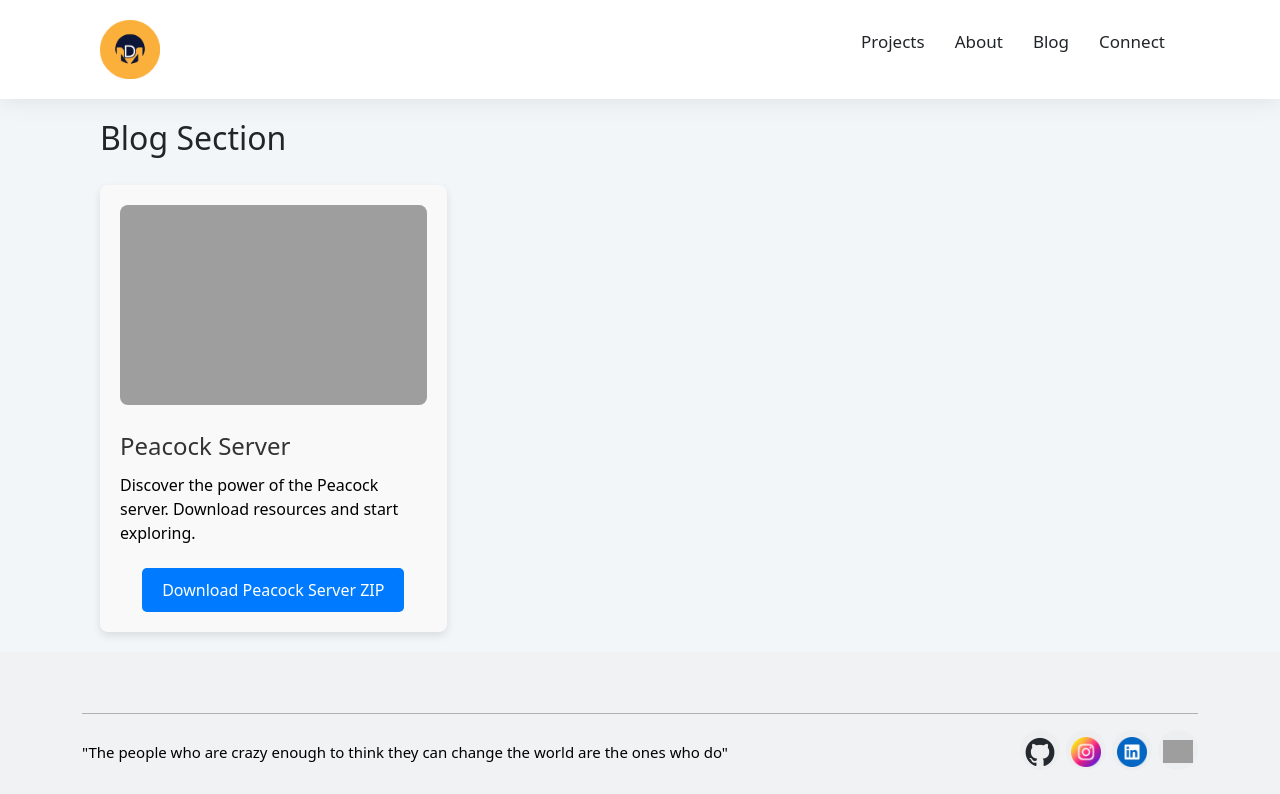
Repository: kaizoku010/firebrand
Page: /blog
An editor plug-in stored every save of this project. The page is shown before and after a run of saves, followed by the edit.
The browser window is 1280 px wide. The pictures show the whole page.
Pictures or frames that could not be fetched are drawn as grey boxes. The project was rebuilt for these pictures with package versions that can differ from the ones it lists, and the page was loaded fresh each time. Also part of the build but not shown: vite.config.js, src/update/homescreen.js, src/update/about.css, src/components/chips.css, src/components/chips.js, src/update/about.js, src/dataPoint/AllProjects.js, src/update/appsPage.js and 2 more.

Above is the page before, as saved 2024-11-11 11:54:47.

### public/index.html
<!DOCTYPE html>
<html lang="en">
  <head>
    <meta charset="utf-8" />
    <link rel="icon" href="%PUBLIC_URL%/logo.ico" />
    <meta name="viewport" content="width=device-width, initial-scale=1" />
    <meta name="theme-color" content="#000000" />
    <meta
      name="description"
      content="Welcome to Firebrand, Home of Dixon Muneza"
    />
    <link rel="apple-touch-icon" href="%PUBLIC_URL%/logo.png" />
    <!--
      manifest.json provides metadata used when your web app is installed on a
      user's mobile device or desktop. See https://developers.google.com/web/fundamentals/web-app-manifest/
    -->
    <link rel="manifest" href="%PUBLIC_URL%/manifest.json" />
    <!--
      Notice the use of %PUBLIC_URL% in the tags above.
      It will be replaced with the URL of the `public` folder during the build.
      Only files inside the `public` folder can be referenced from the HTML.

      Unlike "/favicon.ico" or "favicon.ico", "%PUBLIC_URL%/favicon.ico" will
      work correctly both with client-side routing and a non-root public URL.
      Learn how to configure a non-root public URL by running `npm run build`.
    -->
    <title>Dixon Muneza</title>
    <!-- Global site tag (gtag.js) - Google Analytics -->
<script async src="https://www.googletagmanager.com/gtag/js?id=G-C8GX9VTJ6W"></script>
<script>
  window.dataLayer = window.dataLayer || [];
  function gtag(){dataLayer.push(arguments);}
  gtag('js', new Date());

  gtag('config', 'G-C8GX9VTJ6W');
</script>
  </head>
  <body>
    <noscript>You need to enable JavaScript to run this app.</noscript>
    <div id="root"></div>
    <!--
      This HTML file is a template.
      If you open it directly in the browser, you will see an empty page.

      You can add webfonts, meta tags, or analytics to this file.
      The build step will place the bundled scripts into the <body> tag.

      To begin the development, run `npm start` or `yarn start`.
      To create a production bundle, use `npm run build` or `yarn build`.
    -->
  </body>
</html>

### src/App.js
import React from 'react'
import 'bootstrap/dist/css/bootstrap.css'
import './App.css'
import { BrowserRouter as Router, Routes, Route } from 'react-router-dom'
import Header from './update/header.js'
import HomeScreen from '././update/homescreen.js'
import AboutDixon from '././update/about.js'
import AppPage from './update/appsPage.js'
import Blog from './update/blog.js'
import Footer from '././update/footer.js'
import Connect from './update/connect'


function App () {
  return (
    <Router>
      <div className=''>
      <Header/>
      <Routes>

       <Route path='/' element={<HomeScreen />} />
          <Route path="/apps" element={<AppPage />} />
          <Route path="/about" element={<AboutDixon />} />
          <Route path="/blog" element={<Blog />} />
          <Route path="/connect" element={<Connect />} />

     </Routes>
        <Footer/>
      </div>

    </Router>
  )
}

export default App

### src/App.css
body {
  -webkit-font-smoothing: antialiased;
  background-color: #f3f6f8;
  margin-top: 0px;
  font-family:  ui-sans-serif,system-ui,-apple-system,BlinkMacSystemFont,Segoe UI,Roboto,Helvetica Neue,Arial,Noto Sans,sans-serif,apple color emoji,segoe ui emoji,Segoe UI Symbol,noto color emoji;
;
}

.content{
display: none !important;
}

a {
  text-decoration: none;
  color: #5747ff !important;
}

@media only screen and (max-width: 900px) {
  .holder__ {
    text-align: center;
    padding: 20px;
  }
}

.thumb-lg {
  height: 88px;
  width: 88px;
}
.profile-user-box {
  position: relative;
  border-radius: 5px;
}
.bg-custom {
  /*background-color: #02c0ce !important;  */
  background-color: #02191b !important;
  /* 02191b */
}
.profile-user-box {
  position: relative;
  border-radius: 5px;
}

.card-box {
  padding: 20px;
  position: sticky;
  border-radius: 3px;
  margin-bottom: 30px;
  z-index: 1;
  top: 0;
  background-color: #fff;
}
.inbox-widget .inbox-item img {
  width: 40px;
}

.inbox-widget .inbox-item {
  border-bottom: 1px solid #f3f6f8;
  overflow: hidden;
  padding: 10px 0;
  position: relative;
}

.inbox-widget .inbox-item .inbox-item-img {
  display: block;
  float: left;
  margin-right: 15px;
  width: 40px;
}

.inbox-widget .inbox-item img {
  width: 40px;
}

.inbox-widget .inbox-item .inbox-item-author {
  color: #313a46;
  display: block;
  margin: 0;
}

.inbox-widget .inbox-item .inbox-item-text {
  color: #98a6ad;
  display: block;
  font-size: 14px;
  margin: 0;
}

.inbox-widget .inbox-item .inbox-item-date {
  color: #98a6ad;
  font-size: 11px;
  position: absolute;
  right: 7px;
  top: 12px;
}

.comment-list .comment-box-item {
  position: relative;
}

.comment-list .comment-box-item .commnet-item-date {
  color: #98a6ad;
  font-size: 11px;
  position: absolute;
  right: 7px;
  top: 2px;
}

.comment-list .comment-box-item .commnet-item-msg {
  color: #313a46;
  display: block;
  margin: 10px 0;
  font-weight: 400;
  font-size: 15px;
  line-height: 24px;
}

.comment-list .comment-box-item .commnet-item-user {
  color: #98a6ad;
  display: block;
  font-size: 14px;
  margin: 0;
}

.comment-list a + a {
  margin-top: 15px;
  display: block;
}

.ribbon-box .ribbon-primary {
  background: #2d7bf4;
}

.ribbon-box .ribbon {
  position: relative;
  float: left;
  clear: both;
  padding: 5px 12px 5px 12px;
  margin-left: -30px;
  margin-bottom: 15px;
  font-family: Rubik, sans-serif;
  -webkit-box-shadow: 2px 5px 10px rgba(49, 58, 70, 0.15);
  -o-box-shadow: 2px 5px 10px rgba(49, 58, 70, 0.15);
  box-shadow: 2px 5px 10px rgba(49, 58, 70, 0.15);
  color: #fff;
  font-size: 13px;
}
.text-custom {
  color: #949797 !important;
}

.badge-custom {
  background: #02c0ce;
  color: #fff;
}
.badge {
  font-family: Rubik, sans-serif;
  -webkit-box-shadow: 0 0 24px 0 rgba(0, 0, 0, 0.06),
    0 1px 0 0 rgba(0, 0, 0, 0.02);
  box-shadow: 0 0 24px 0 rgba(0, 0, 0, 0.06), 0 1px 0 0 rgba(0, 0, 0, 0.02);
  padding: 0.35em 0.5em;
  font-weight: 500;
}
.text-muted {
  color: #98a6ad !important;
}
project_list
.font-13 {
  font-size: 13px !important;
}

.fire-text {
  text-align: justify;
}

@media screen and (max-width: 800px) {
  .card-box {
    padding: 20px !important;
    position: sticky;
    border-radius: 3px;
    margin-bottom: 30px;
    z-index: 1;
    top: 0;
    background-color: #fff;
  }
}


.main-color{
  color: #fbb03b;
}

### src/update/header.js
import React from 'react'
import "./header.css"
import Logo from "../img/logo.png"
import Email from "../img/email.png"
import { Link } from "react-router-dom";

function header() {
  return (
      <header class="header">
    <nav>
    <div class="logo">
          <a class="name_logo" href="index.html">Muneza.<span>Dixon</span></a>
        <Link to="/">  <img class="fireband-logo" src={ Logo} /></Link>
    </div>
    <input type="checkbox" id="menu-toggle"/>
    <label for="menu-toggle" class="menu-icon">&#9776;</label>
    <ul class="menu">
      <li><Link to={"apps"}>Projects</Link></li>
      <li><Link to={"about"} href="#">About</Link></li>
      <li><Link to={"blog"}>Blog</Link></li>
      <li><a href={"connect"}>Connect</a></li>
    </ul>
  </nav>
</header>
  )
}
// #9f0009 reds
export default header

### src/update/blog.js
import React from 'react';
import '../update/blog.css';
import PP from "../img/pp.png";

function Blog() {
  // Mock data for blog items
  const blogs = [
    { id: 1, title: 'Peacock Server', description: 'Discover the power of the Peacock server. Download resources and start exploring.' },
  ];

  // Download handler for the main blog item
  const handleDownload = () => {
    const fileUrl = '/resources/peacock-server.zip'; // Adjust the path as needed
    window.location.href = fileUrl;
  };

  return (


    <div className='blog-page'>
          <h2 className='blog-title'>Blog Section</h2>

         <div className="blog-grid">
      {blogs.map((blog) => (
        <div key={blog.id} className="blog-item">

          {blog.id === 1 && <img src={PP} alt="Peacock Server" className="blog-item-image" />}
          <h2 className="blog-item-title">{blog.title}</h2>
          <p className="blog-item-description">{blog.description}</p>
          {blog.id === 1 && (
            <button className="download-button" onClick={handleDownload}>
              Download Peacock Server ZIP
            </button>
          )}
        </div>
      ))}
    </div>
    </div>
  );
}

export default Blog;

### src/update/footer.js
import React from 'react'
import "./footer.css"
// import { FontAwesomeIcon } from '@fortawesome/react-fontawesome'
import CodeIc from "../img/github-mark.png"
import IG from "../img/instagram.png"
import DeviantArt from "../img/deviantart.png"
import LinkedIn from "../img/linked.png"
// import { faInstagram } from '@fortawesome/free-brands-svg-icons'

function footer() {
  return (
    <footer class="site-footer">
      <div class="container">
        <hr/>
      </div>
      <div class="container">
        <div class="row">
          <div class="col-md-8 col-sm-6 col-xs-12">
            <p class="copyright-text">"The people who are crazy enough to think they can change the world are the ones who do"
            </p>
          </div>

          <div class="col-md-4 col-sm-6 col-xs-12">
            <ul class="social-icons">
            <li><a   target='_blank' class="facebook" href="https://github.com/kaizoku010"><img  class="facebook"   src={CodeIc} /></a></li>
              <li><a target='_blank' class="facebook" href="https://www.instagram.com/ug.firebrand/"><img class="facebook" src={IG} /></a></li>
              <li><a   target='_blank' class="facebook" href="https://www.linkedin.com/in/dixon-muneza-a0a1b510a"><img  class="facebook"  src={LinkedIn} /></a></li>
              <li><a   target='_blank' class="facebook" href="https://www.deviantart.com/imfaceless"><img  class="facebook"  src={DeviantArt} /></a></li>
              </ul>
          </div>
        </div>
      </div>
</footer>
  )
}

export default footer

### src/update/header.css
header_div {
    padding: 0;
    margin: 0;
    box-sizing: border-box;
    font-family: sans-serif;
    text-decoration: none;
    list-style: none;
  }


  .name_logo{
    display:none;
  }

  .header {
    position: sticky;
    top: 0;
    grid-area: header;
    width: 100%;
    box-shadow: 0 4px 20px hsla(207, 24%, 35%, 0.1);
    background-color: white;
    z-index: 2;
  }

  .email-ic{
    width:38px;
  }

  nav {
    display: flex;
    justify-content: space-between;
    align-items: center;
    padding: 20px 100px;
  }

  .logo a {
    font-size: 24px;
    font-weight: bold;
    color: #fff;
  }

  .logo a span {
    color: #8739fa;
  }


  .menu {
    display: flex;
    list-style:none;
    justify-content: center;
    align-items: center;
  }

  .menu a {
    display: block;
    padding: 7px 15px;
    font-size: 17px;
    font-weight: 500;
    transition: 0.2s all ease-in-out;
    color: #fff;
  }

  .menu:hover a {
    opacity: 0.4;
  }

  .menu a:hover {
    opacity: 1;
    color: #fff;
  }

  .menu-icon {
    display: none;
  }

  #menu-toggle {
    display: none;
  }

  #menu-toggle:checked ~ .menu {
    transform: scale(1, 1);
  }

  @media only screen and (max-width: 950px) {
    .menu {
      flex-direction: column;
      background-color: white;
      align-items: start;
      position: absolute;
      top: 82px;
      left: 0;
      width: 100%;
      z-index: 1;
      padding-left: 10px;
      transform: scale(1, 0);
      transform-origin: top;
      transition: transform 0.3s ease-in-out;
      box-shadow: rgba(0, 0, 0, 0.15) 1.95px 1.95px 2.6px;
    }

    nav {
      display: flex;
      justify-content: space-between;
      align-items: center;
      padding: 18px 30px;
  }

    .name_logo{
        display:none;
      }

    .menu a {
      margin-left: 12px;
    }

    .menu li {
      margin-bottom: 10px;
    }

    .menu-icon {
      display: block;
      color: black;
      font-size: 28px;
      cursor: pointer;
    }
    /* my logo */

  .fireband-logo{
    width: 50px !important;

  }
  }



  .fireband-logo{
    width: 60px;
  }


  .header a {
    color:#212529 !important
      }
    .header a:hover {
        color:#fbb03b !important;
    }

### src/update/homescreen.css
.homepage{
    /* margin-top: 50px; */
    display: flex;
    place-content: center;
    height: 100vh;
    align-items: center;
    position: relative;

    min-height: 500px;
}

.main-content{
    text-align: center;
    display: flex;
    flex-direction: column;
}

#userImage{
    border-radius: 50% !important;
    align-self: center;
    margin-bottom: 10px;
    width: 60%;
}

.userName{
    letter-spacing: -.05em;
    font-size: 2.5rem;
    text-align: center;
    background: -webkit-radial-gradient(#030303, #010001);
    -webkit-background-clip: text;
    background-clip: text;
    -webkit-text-fill-color: transparent;
    line-height: 1;
    font-weight: 700;
    white-space: nowrap;
}

.userRole{
    max-width: 48rem;
    font-size: 20px;
    font-weight: 100;
    margin-left: auto;
    letter-spacing: -.025em;
    color: rgb(17 24 39 / var(50%));
    text-align: center;
    margin-right: auto;
}

.site-holder{
    padding-left: 1.5rem;
    flex-wrap: nowrap;
    padding-right: 1.5rem;
    gap: 1.5rem;
    margin-top: 0.5rem;
    margin-bottom: 0.5rem;
    justify-content: center;
    display: flex;
    flex-direction: row;
}

#btn-projects{
    color: rgb(255 255 255 / var(10%));
    padding-top: 0.75rem;
    background-color: #fbb03b;
    padding-bottom: 0.75rem;
    opacity: 1;
    line-height: 1.375;
    color: black;
    font-weight: 500;
    border-radius: 2.5rem;
    border-color: #fbb03b45;
    padding-left: 2rem;
    padding-right: 2rem;
}

#btn-projects:hover{
    background-color: #efa123;

}


.project-ic{
    height:26px;
    padding-right: 5px;

    padding-left: 5px;
    margin-bottom: 5px !important;
}

#btn-code{
background-color:  rgb(17 24 39);
color: rgb(255 255 255 / var(10%));
padding-top: 0.75rem;
padding-bottom: 0.75rem;
opacity: 1;
line-height: 1.375;
color: white;
font-weight: 500;
border-radius: 2.5rem;
border-color: #fbb03b45;
padding-left: 2rem;
padding-right: 2rem;
}

#btn-code:hover{
    background-color: rgb(71, 74, 81);

}

@media only screen and (max-width: 950px) {
    .homepage {
        display: flex;
        place-content: center;
        height: 100%;
        align-items: center;
        position: relative;
    }

    .site-footer {
        position: relative;
        background-color: #f0f2f4e4;
        padding: 0px 0 20px !important;
        font-size: 15px;
        line-height: 24px;
        color: #737373;
    }
}

### src/update/appsPage.css
.appsHolder {
  background-color: #e3ecf6 !important;
  padding-right: 1.5em;
  padding-left: 1.5em;
}

.appsHeading {
  text-align: center;
  font-size: 3.75em;
  line-height: 1;
  margin-bottom: 4rem;
  font-weight: 700;
  letter-spacing: -0.05em !important;
  padding: 50px;
}

.sites-holder {
  place-content: center !important;
}

.apps-span {
  color: #fbb03b;
}

.sites {
  display: flex;
  gap: 50px;
  place-content: center !important;
}

.top-element:hover {
  box-shadow: 0 4px 8px 0 rgba(0, 0, 0, 0.2), 0 4px 20px 0 rgba(0, 0, 0, 0);
  transition: 0.75rem;
}

.top-element {
  cursor: pointer;
  width: -moz-fit-content;
  width: fit-content;
  background-color: white;
  display: flex;
  padding: 30px;
  height: 100%;
  border-radius: 10px;
  align-items: center;
  flex-direction: row;
}

.site-title {
  font-size: 1.875rem;
  line-height: 2.25rem;
  color: black;
  font-weight: 700;
  margin-bottom: 0.125rem;
}

.site-title:hover {
  color: #f2b44d;
}
.site-logo {
  width: 100px;
  align-self: center;
  height: 100px;
  border-radius: 0px;
}
.site-text-holder {
  display: flex;
  padding-left: 20px;
  flex-direction: column;
}
.site-desc {
  font-size: 1.24rem;
  font-weight: 400;
  color:black !important;
  line-height: 1.75rem;
}
.chip{
  background-color: rgb(127 255 127 / 56%) !important;
}
.chip-layout {
  display: flex;
  gap: 12px;
}
.sites-list {
  display: grid;
  grid-template-columns: repeat(2, auto);
  grid-template-rows: auto;
  padding: 1%;
  gap: 20px;
  list-style-type: none;
  margin: .5rem !important;
  height: -webkit-max-content;
  height: max-content;
}
/* mobile view */
@media only screen and (max-width: 950px) {
  .sites-list {
    display: grid;
    grid-template-columns: repeat(1, auto);
    grid-template-rows: auto;
    padding: 1%;
    gap: 10px;
    list-style-type: none;
    margin: 1rem;
    height: -webkit-max-content;
    height: max-content;
  }
  .site-title:hover {
    color: #f2b44d;
  }
  .site-desc {
    font-size: 1.1rem !important;
    font-weight: 400;
    color: black !important;
    line-height: 1.5rem;
    margin-bottom: 8%;


}

.chip {
  padding: 5px 10px;
  border-radius: 50px;
  margin-bottom: 4% !important;
  display: inline-block;
  color: white;
}

  .appsHolder {
    background-color: #e3ecf6 !important;
    padding-right: 0.5em;
    padding-left: 0.5em;
  }

  .site-logo {
    /* width: 100%; */
    align-self: center;
    margin-left: 20px !important;
    height: 20%;
    border-radius: 0px;
  }

  .appsHeading {
    text-align: center !important;
    font-size: 3em !important;
    line-height: 1;
    padding: 10% !important;
    margin-bottom: 0rem !important;
    font-weight: 700;
    letter-spacing: -0.05em !important;
    padding: 8px;
}

  .top-element {
    cursor: pointer;
    width: -moz-fit-content;
    width: fit-content;
    height: fit-content;
    display: block !important;
    background-color: white;
    padding: 5px;
    border-radius: 10px;
    flex-direction: row;
  }
}

.link-list {
  color: black;
  text-decoration: none !important;
}

a{
  color: black;
  text-decoration: none !important;
}

p{
  color: black !important;
}

### src/update/blog.css
.blog-holder{
height:100vh;

}

.blog-page{
    display: flex;
    align-items: left;
    flex-direction: column;
    padding: 20px 100px;

}

.blog-title{

}

.blog-grid {
    display: grid;
    grid-template-columns: repeat(3, 1fr);
    gap: 20px;
padding-top: 20px;
}

  .blog-item {
    background-color: #f9f9f9;
    padding: 20px;
    border-radius: 8px;
    box-shadow: 0 4px 8px rgba(0, 0, 0, 0.1);
    text-align: center;
  }

  .blog-item-title {
    font-size: 1.5em;
    margin: 0.5em 0;
    text-align: left;
    color: #333;
  }

  .blog-item-description {
    font-size: 1em;
    text-align: left;

    color: #666;
    margin: 0.5em 0;
  }

  .download-button {
    margin-top: 15px;
    padding: 10px 20px;
    font-size: 1em;
    align-self: self-start;
    color: white;
    background-color: #007bff;
    border: none;
    border-radius: 5px;
    cursor: pointer;
  }

  .download-button:hover {
    background-color: #0056b3;
  }

  @media (max-width: 768px) {
    .blog-grid {
      grid-template-columns: repeat(2, 1fr);
    }
  }

  @media (max-width: 480px) {
    .blog-grid {
      grid-template-columns: 1fr;
    }
  }


.blog-container{
text-align: center;
border: 0px solid;
position: absolute;
top: 50%;
left: 50%;
transform: translate(-50%, -50%);
padding: 10px;
width: -moz-fit-content;
width: fit-content;
/* margin: 100px 300px 100px 300px; */
}

.coming-soon-title{
font-weight: 900;
text-align: left !important;
font-size: 5em;
}

.soon-span{
    color: #fbb03b;
}

.coming-soon-text{
    text-align: left !important;
}

.blog-image-holder{
width: -moz-fit-content;
width: fit-content;
}

.blog-item-image {
    width: 100%;
    height: auto;
    max-height: 200px;
    margin-bottom: 15px;
    border-radius: 8px;
    object-fit: cover;
  }


.blog-image{

    height:300px;
}

/* mobile view */
@media only screen and (max-width: 950px) {
    .blog-container {
        text-align: center;
        border: 0px solid;
        position: absolute;
        top: 63%;
        left: 50%;
        transform: translate(-50%, -50%);

        width: -moz-fit-content;
        width: fit-content;

    }


.coming-soon-title{
    line-height:0.8;
    font-weight: 900;
    text-align: left !important;
    font-size: 5em;
    }
    }

### src/update/footer.css
.site-footer
{
  position: relative;
  background-color:#f0f2f4e4;
  padding:45px 0 20px;
  font-size:15px;
  line-height:24px;
  color:#737373;
}

.row{
  align-items: center !important;
}

.facebook{
    width: 30px;
}
.site-footer hr
{
  border-top-color:#bbb;
  opacity:0.5
}
.site-footer hr.small
{
  margin:20px 0
}
.site-footer h6
{
  color:#fff;
  font-size:16px;
  text-transform:uppercase;
  margin-top:5px;
  letter-spacing:2px
}
.site-footer a
{
  color:#737373;
}
.site-footer a:hover
{
  color:#3366cc;
  text-decoration:none;
}
.footer-links
{
  padding-left:0;
  list-style:none
}
.footer-links li
{
  display:block
}
.footer-links a
{
  color:#737373
}
.footer-links a:active,.footer-links a:focus,.footer-links a:hover
{
  color:#3366cc;
  text-decoration:none;
}
.footer-links.inline li
{
  display:inline-block
}
.site-footer .social-icons
{
  text-align:right
}
.site-footer .social-icons a
{
  width:40px;
  height:40px;
  line-height:40px;
  margin-left:6px;
  margin-right:0;
  border-radius:100%;
}
.copyright-text
{
  margin:0
}
@media (max-width:991px)
{
  .site-footer [class^=col-]
  {
    margin-bottom:30px
  }
}
@media (max-width:767px)
{

  .copyright-text{
    margin:10px;
  }
  .site-footer
  {
    padding-bottom:0
  }
  .site-footer .copyright-text,.site-footer .social-icons
  {
    text-align:center
  }
}
.social-icons
{
  padding-left:0;
  margin-bottom:0;
  list-style:none
}
.social-icons li
{
  display:inline-block;
  margin-bottom:4px
}
.social-icons li.title
{
  margin-right:15px;
  text-transform:uppercase;
  color:#96a2b2;
  font-weight:700;
  font-size:13px
}
.social-icons a{
  background-color:#eceeef;
  color:#818a91;
  font-size:16px;
  display:inline-block;
  line-height:44px;
  width:44px;
  height:44px;
  text-align:center;
  margin-right:8px;
  border-radius:100%;
  -webkit-transition:all .2s linear;
  -o-transition:all .2s linear;
  transition:all .2s linear
}
.social-icons a:active,.social-icons a:focus,.social-icons a:hover
{
  color:#fff;
  background-color:#ebebeb
}
.social-icons.size-sm a
{
  line-height:34px;
  height:34px;
  width:34px;
  font-size:14px
}
.social-icons a.facebook:hover
{
  background-color:#e7e9e9
}
.social-icons a.twitter:hover
{
  background-color:#00aced
}
.social-icons a.linkedin:hover
{
  background-color:#007bb6
}
.social-icons a.dribbble:hover
{
  background-color:#ea4c89
}
@media (max-width:767px)
{
  .social-icons li.title
  {
    display:block;
    margin-right:0;
    font-weight:600
  }
}

Loaded but not shown: src/index.js (common file); src/index.css (common file); src/reportWebVitals.js (common file)

After the next 2 saves:
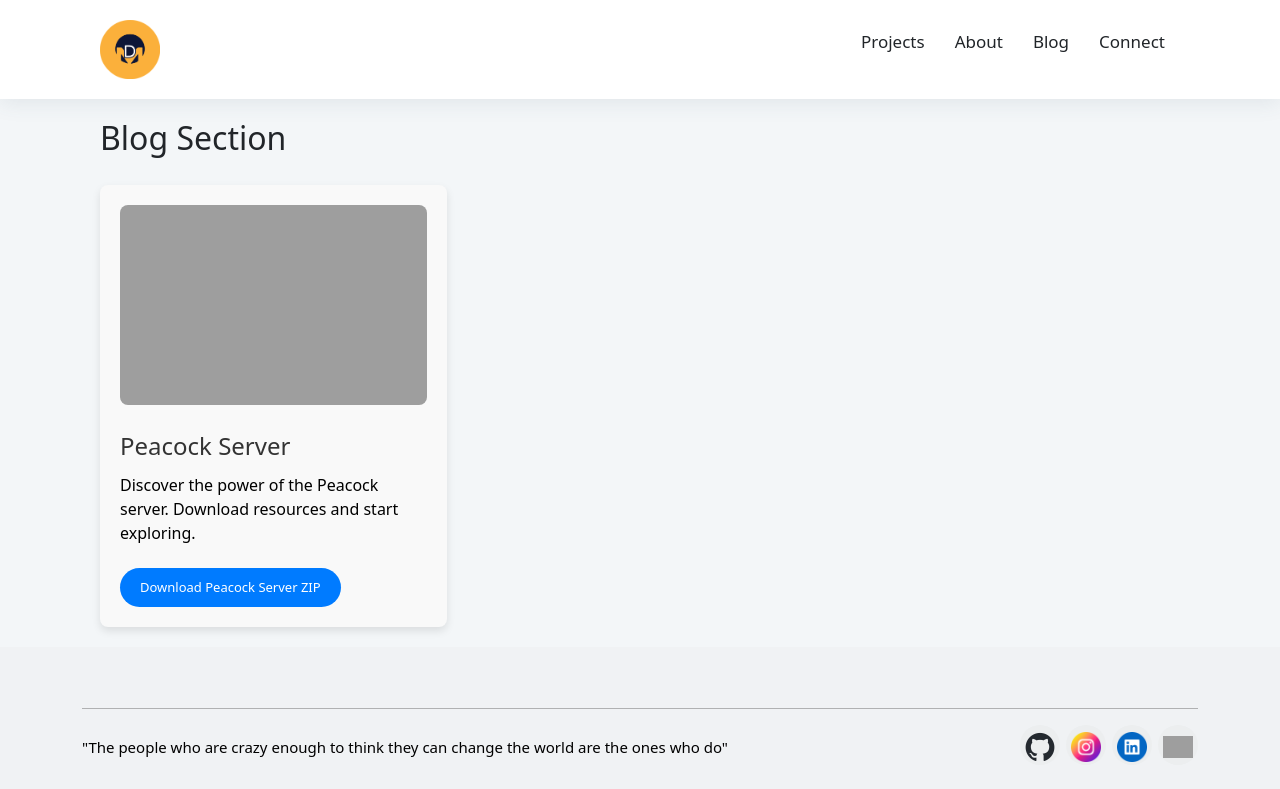
The 2 saves are shown as one change because they came seconds apart.
The last was saved 71 s later.
--- a/src/update/blog.css
+++ b/src/update/blog.css
@@ -48,12 +48,13 @@ padding-top: 20px;
   .download-button {
     margin-top: 15px;
     padding: 10px 20px;
-    font-size: 1em;
     align-self: self-start;
     color: white;
     background-color: #007bff;
     border: none;
-    border-radius: 5px;
+    border-radius: 20px;
+    float: left;
+    font-size: small;
     cursor: pointer;
   }
 
